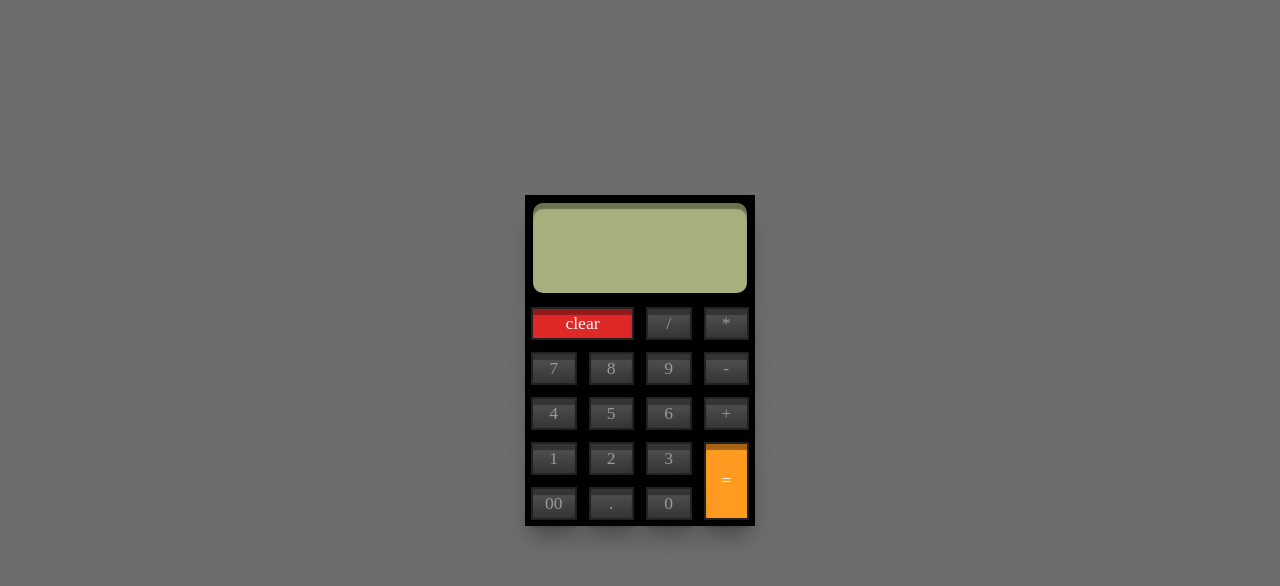
Repository: JunaidAnsari202/calculator
Page: index.html
These files come from the project's save history. The page is drawn as it stood at one moment and after the next save; the edit follows.
The browser window is 1280 px wide. The pictures show the whole page.

Above is the page before, as saved 2023-10-28 15:04:51.

After the next save:
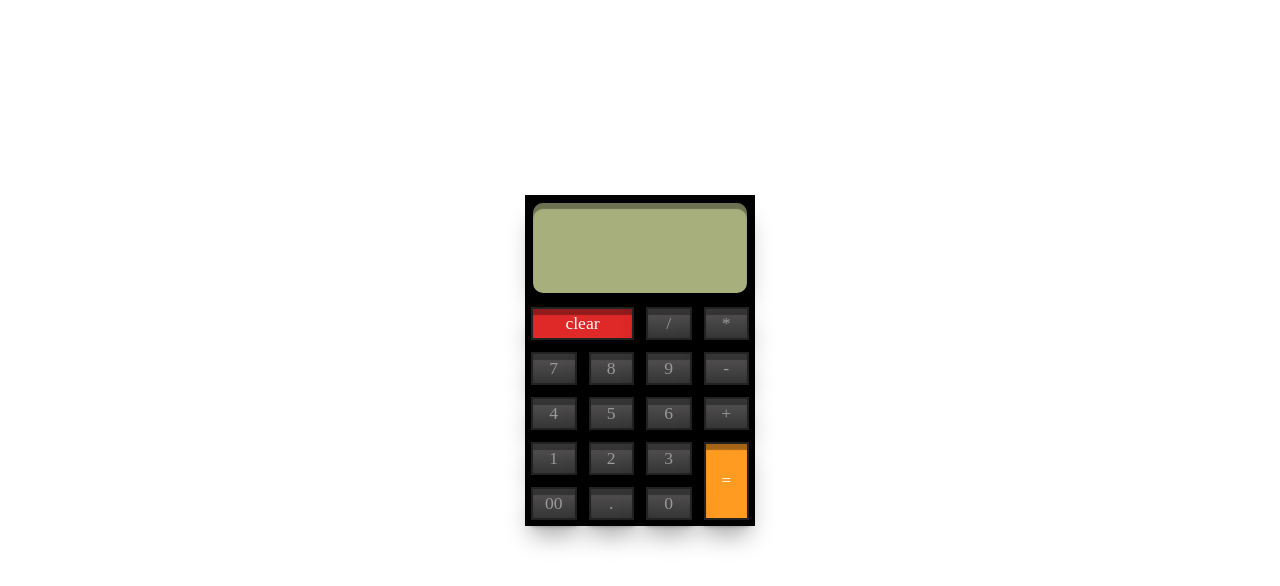
Saved 28 s later.
--- a/style.css
+++ b/style.css
@@ -11,7 +11,7 @@ body{
     align-items: center;
     height: 100vh;
 
-    background-color: rgb(109, 109, 109);
+    /* background-color: rgb(109, 109, 109); */
 }
 .calculator{
 
